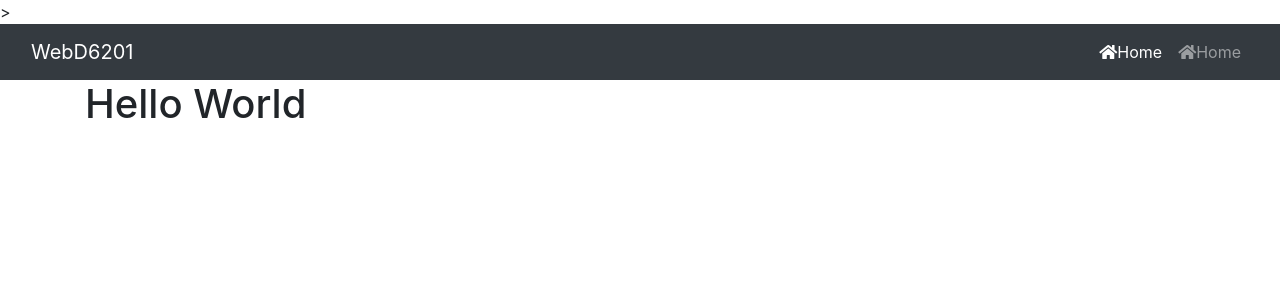
Repository: CKM206/WEBD6201-W2021-Week1
Page: index.html
The author's editor kept a copy of each file at every save. The page is drawn from the files as they stood at one save, then again after the next save.
The browser window is 1280 px wide. The pictures show the whole page.

Above is the page before, as saved 2021-01-14 09:23:18.

After the next save:
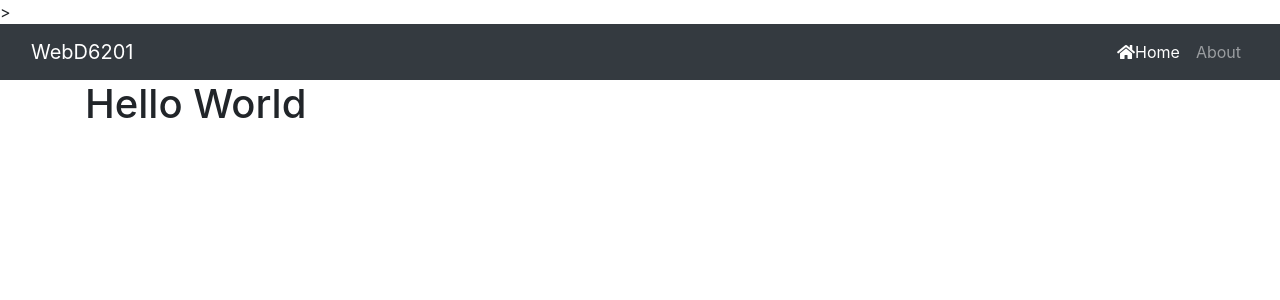
Saved 17 s later.
--- a/index.html
+++ b/index.html
@@ -29,7 +29,7 @@
                   </li>
 
                   <li class="nav-item">
-                    <a class="nav-link" aria-current="page" href="#"><i class="fas fa-home fa-large"></i>Home</a>
+                    <a class="nav-link" aria-current="page" href="#">About</a>
                   </li>
 
               </div>
